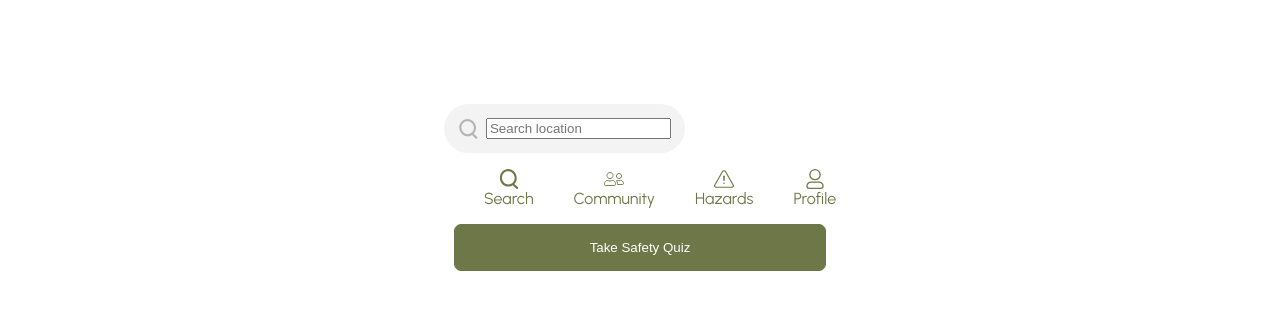
Repository: Aladdin3r/SafeCycle
Page: /
The author's editor kept a copy of each file at every save. The page is drawn from the files as they stood at one save, then again after a run of saves.
The browser window is 1280 px wide. The pictures show the whole page.
The project was rebuilt for these pictures with package versions that can differ from the ones it lists, and the page was loaded fresh each time. The framework's server and built-in components were replaced by stand-ins that run in the browser.

Above is the page before, as saved 2024-04-15 12:17:32.

After the next 4 saves:
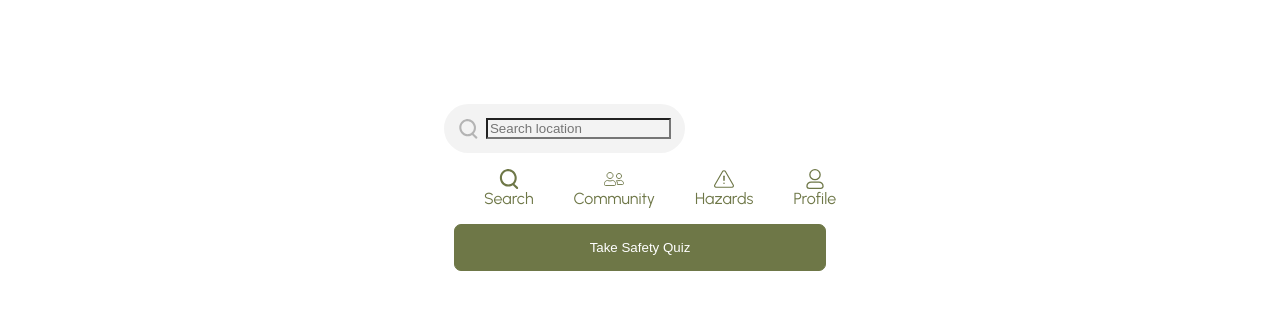
The 4 saves are shown as one change because they came seconds apart.
The last was saved 111 s later.
--- a/components/NavBar/NavBar.module.css
+++ b/components/NavBar/NavBar.module.css
@@ -7,7 +7,7 @@
 }
 
 .searchInput {
-
+    background-color: var(--grey);
 }
 
 .container {
